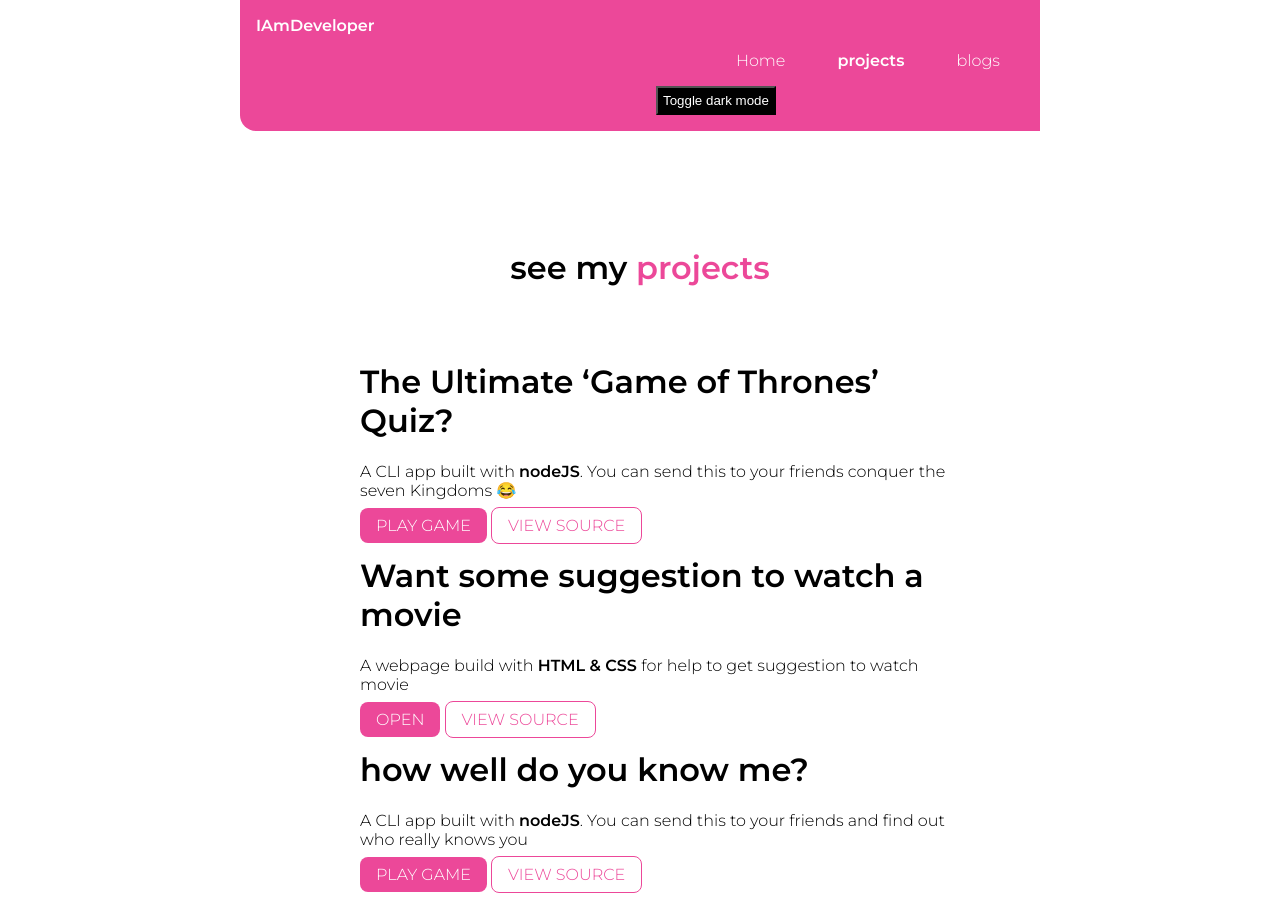
Repository: sohan2503001/Portfolio
Page: projects.html
These files come from the project's save history. The page is drawn as it stood at one moment and after a run of saves; the edit follows.
The browser window is 1280 px wide. The pictures show the whole page.

Above is the page before, as saved 2021-04-12 13:38:43.

After the next 2 saves:
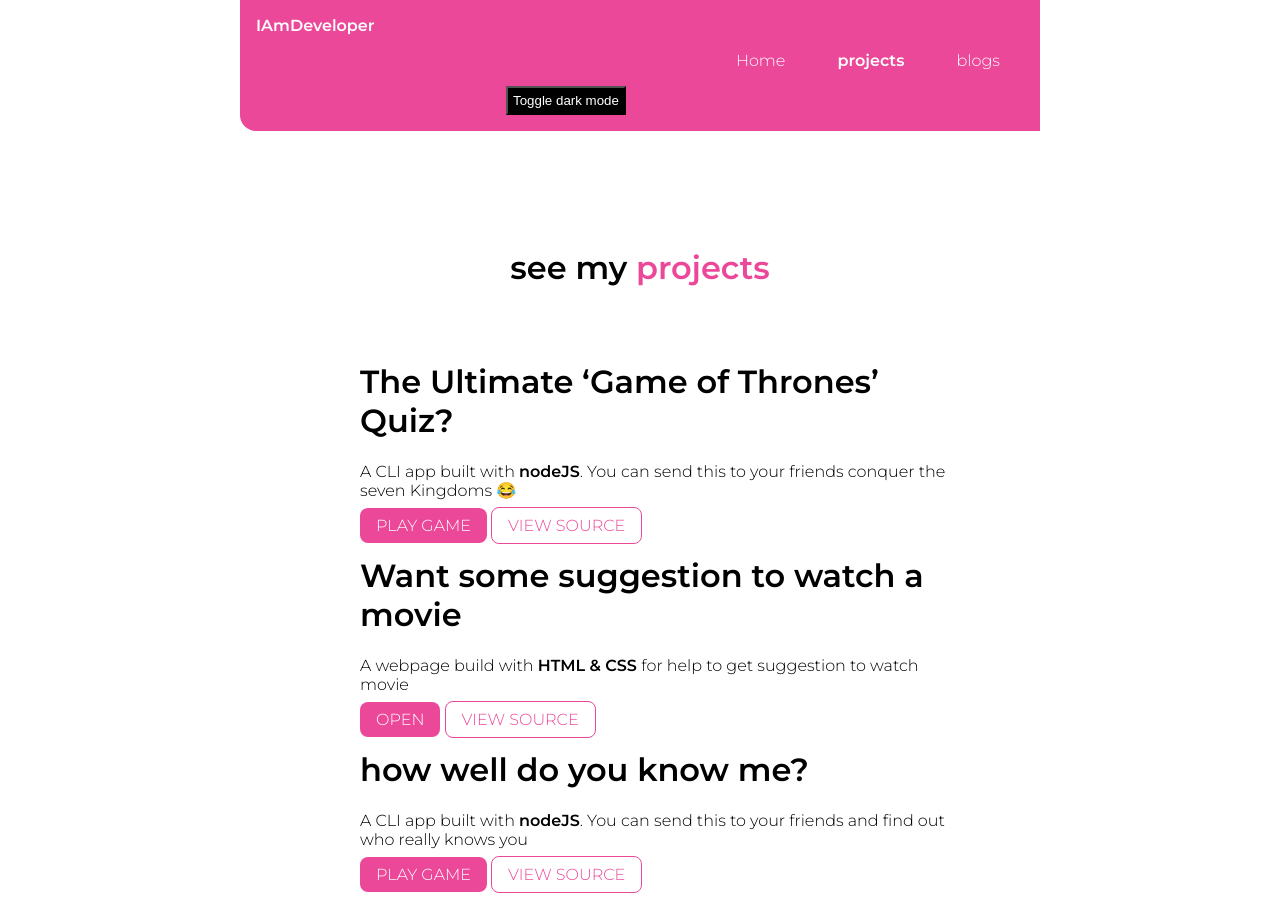
The 2 saves are shown as one change because they came seconds apart.
The last was saved 7 s later.
--- a/style.css
+++ b/style.css
@@ -153,5 +153,5 @@ hr{
     background-color: black;
     color: white;
     position: relative;
-    left: 400px;
+    left: 250px;
 }
